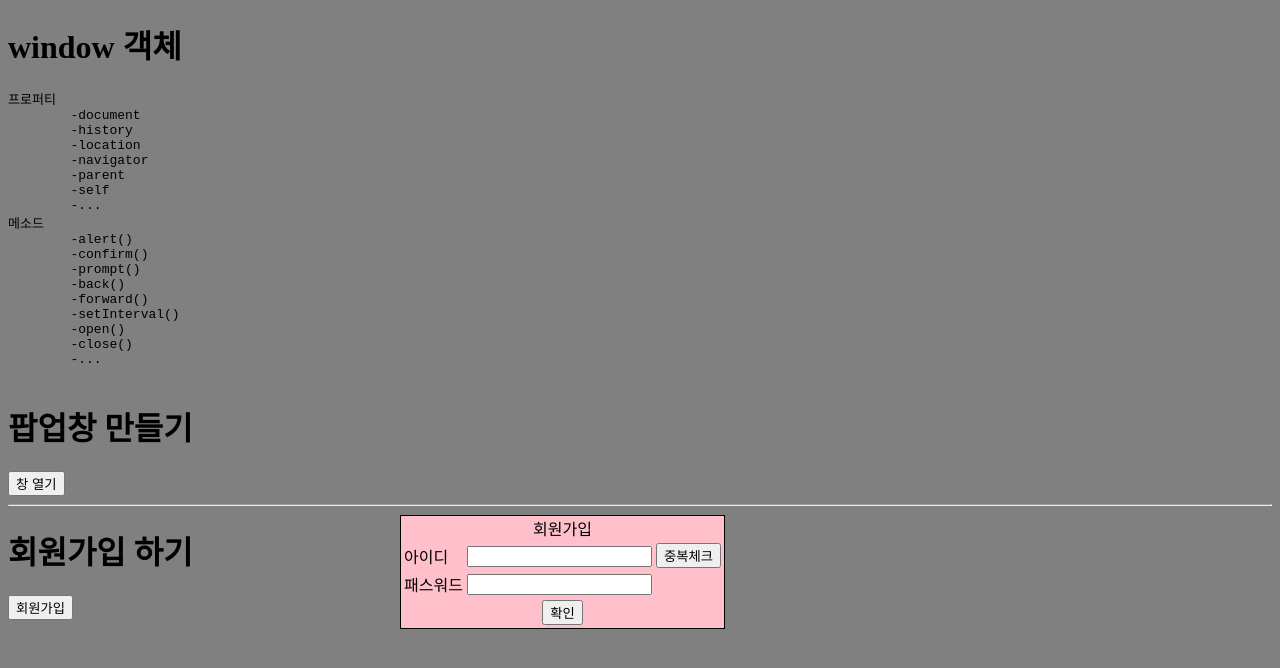
Repository: sunghyun-biblee/LearnSpace
Page: 4_UI/JS_Test/WebContent/js16_window01.html
An editor plug-in stored every save of this project. The page is shown before and after the next save, followed by the edit.
The browser window is 1280 px wide. The pictures show the whole page.
After loading, the first visible `button[onclick="registForm()"]` was clicked once.

Above is the page before, as saved 2023-10-26 04:13:36.

### 4_UI/JS_Test/WebContent/js16_window01.html
<!DOCTYPE html>
<html>
<head>
<meta charset="UTF-8">
<title>Insert title here</title>
<style type="text/css">
	#regist{
		border : 1px solid black;
		background: pink;
		position : absolute;
		top: 515px;
		left:400px;
		display:none;
	}
</style>
<script type="text/javascript">
	function registForm(){
		// 숨겨둔 회원가입 창을 보이게
		 document.getElementById("regist").style.display="block"
		 document.body.style.background="gray";

		let btns=document.getElementsByName("btn");

		// let url="js17_window03.html";
		// let target="_blank";
		// let prop="width=600px,height=600px";
		// window.open(url,target,prop);
	}
	function openWin(){
		let url="js16_window02.html";
		let target="_blank";
		let prop="width=500px,height=500px";
		window.open(url,target,prop);
	}

</script>
</head>
<body>
	<h1>window 객체</h1>
<pre>
프로퍼티
	-document
	-history
	-location
	-navigator
	-parent
	-self
	-...
메소드
	-alert()
	-confirm()
	-prompt()
	-back()
	-forward()
	-setInterval()
	-open()
	-close()
	-...
	</pre>
<div>
	<h1>팝업창 만들기</h1>
	<button onclick="openWin();" name="btn">창 열기</button>
</div>
<div id="tt"></div>

<hr>
<h1>회원가입 하기</h1>
<button onclick="registForm()" name="btn">회원가입</button>
<!-- 회원가입 폼 -->
<div id="regist">
	<form action="">
	<table>
		<caption>회원가입</caption>
		<tr>
			<td>아이디</td>
			<td> <input type="text" name="id"> <input type="button" value="중복체크"> </td>
		</tr>
		<tr>
			<td>패스워드</td>
			<td> <input type="password" name="pwd" style="color:red;"></td>
		</tr>
		<tr>
			<td colspan="2" align="center"> <input type="button" value="확인"> </td>
		</tr>
		</table>

	</form>
</div>



</body>
</html>

After the next save:
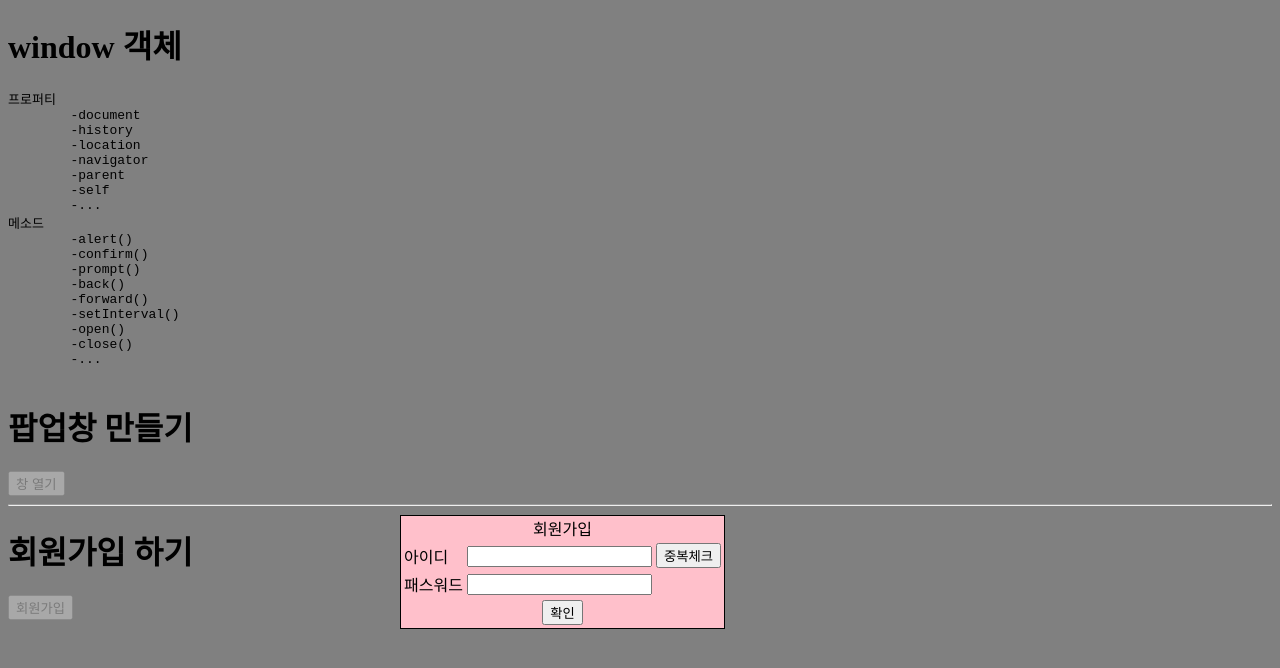
Saved 2 min 18 s later.
--- a/4_UI/JS_Test/WebContent/js16_window01.html
+++ b/4_UI/JS_Test/WebContent/js16_window01.html
@@ -20,6 +20,10 @@
 		 document.body.style.background="gray";
 
 		let btns=document.getElementsByName("btn");
+
+		for(let i=0; i<btns.length; i++){
+			btns[i].disabled="disabled";
+		}
 
 		// let url="js17_window03.html";
 		// let target="_blank";
